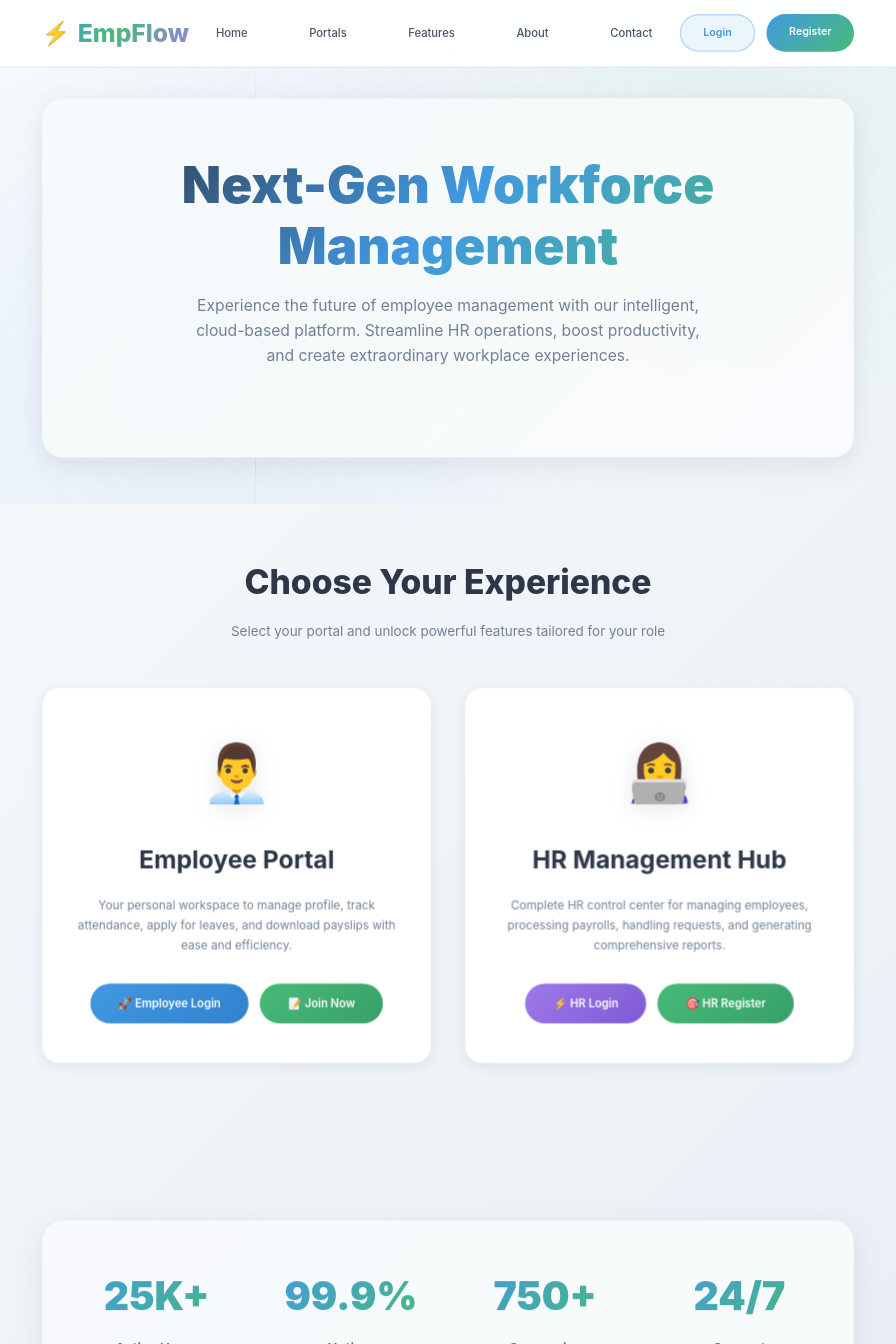
Repository: Shwetannarkhede/EmployeeHub
Page: EmployeeManagemntSystem/src/main/webapp/Home.html
These files come from the project's save history. The page is drawn as it stood at one moment and after the next save; the edit follows.
The browser window is 1280 px wide. The pictures show the part of the page from y = 0 to 1920 px (the page is 3602 px tall), at 70% of full size.

Above is the page before, as saved 2025-09-20 08:31:07.

After the next save:
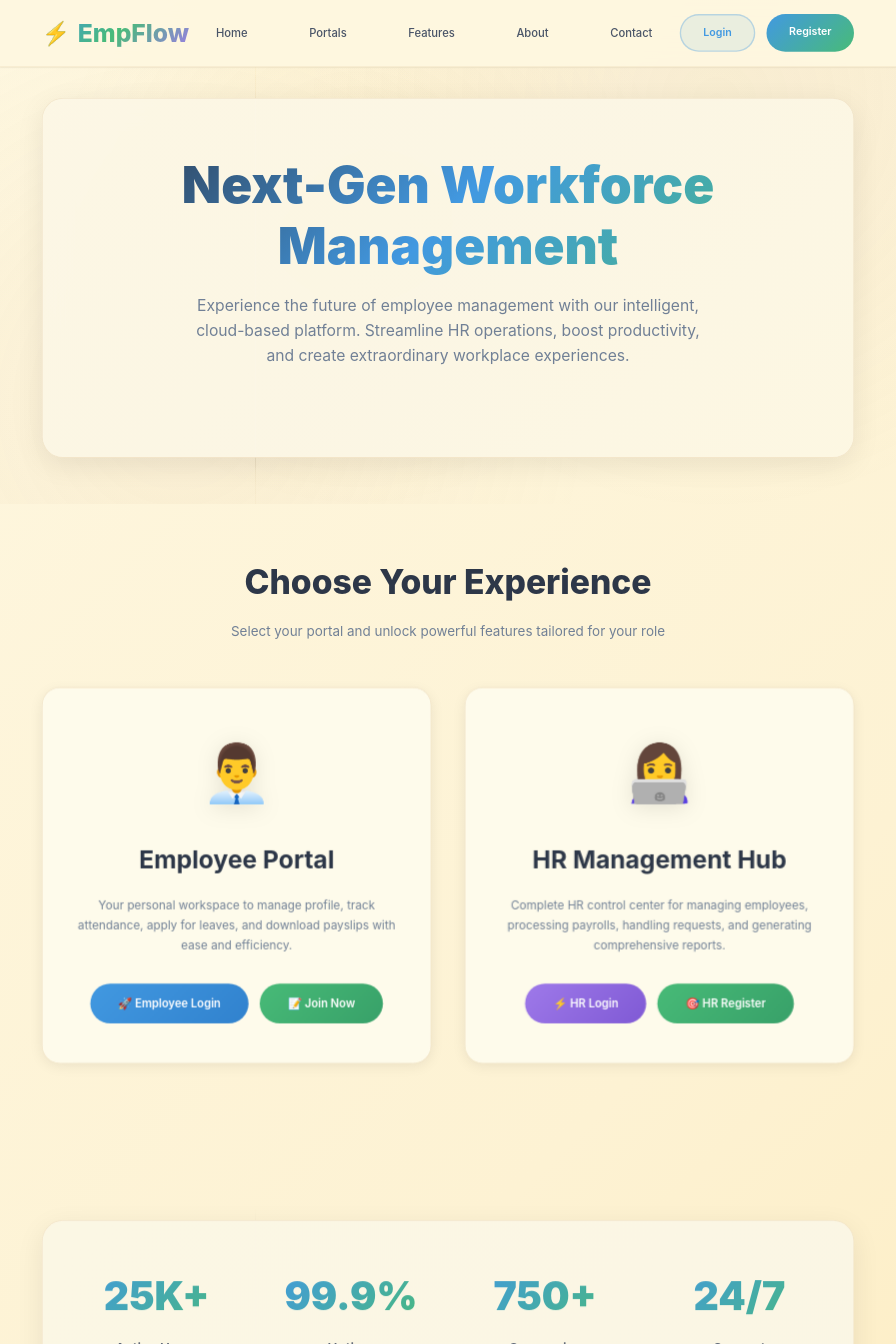
Saved 103 s later.
--- a/EmployeeManagemntSystem/src/main/webapp/home.css
+++ b/EmployeeManagemntSystem/src/main/webapp/home.css
@@ -8,7 +8,7 @@ body {
     font-family: 'Inter', -apple-system, BlinkMacSystemFont, 'Segoe UI', sans-serif;
     line-height: 1.6;
     color: #2d3748;
-    background: linear-gradient(135deg, #f7fafc 0%, #edf2f7 50%, #e2e8f0 100%);
+    background: linear-gradient(135deg, #fef7e0 0%, #fdf2d3 50%, #fde8b3 100%);
     min-height: 100vh;
     position: relative;
     overflow-x: hidden;
@@ -21,9 +21,9 @@ body::before {
     left: 0;
     width: 100%;
     height: 100%;
-    background: radial-gradient(circle at 20% 80%, rgba(66, 153, 225, 0.08) 0%, transparent 50%),
-                radial-gradient(circle at 80% 20%, rgba(72, 187, 120, 0.08) 0%, transparent 50%),
-                radial-gradient(circle at 40% 40%, rgba(159, 122, 234, 0.06) 0%, transparent 50%);
+    background: radial-gradient(circle at 20% 80%, rgba(212, 180, 131, 0.1) 0%, transparent 50%),
+                radial-gradient(circle at 80% 20%, rgba(196, 164, 132, 0.1) 0%, transparent 50%),
+                radial-gradient(circle at 40% 40%, rgba(218, 165, 32, 0.08) 0%, transparent 50%);
     z-index: -1;
 }
 
@@ -35,9 +35,9 @@ body::before {
 
 /* Header */
 header {
-    background: rgba(255, 255, 255, 0.95);
+    background: rgba(254, 247, 224, 0.95);
     backdrop-filter: blur(20px);
-    border-bottom: 1px solid rgba(226, 232, 240, 0.8);
+    border-bottom: 1px solid rgba(212, 180, 131, 0.3);
     padding: 1.2rem 0;
     position: fixed;
     width: 100%;
@@ -150,13 +150,13 @@ nav {
 
 /* Hero Section */
 .hero {
-    background: rgba(255, 255, 255, 0.8);
+    background: rgba(254, 251, 235, 0.9);
     backdrop-filter: blur(20px);
     margin: 140px auto 60px;
     border-radius: 30px;
     padding: 5rem 3rem;
     text-align: center;
-    border: 1px solid rgba(226, 232, 240, 0.5);
+    border: 1px solid rgba(212, 180, 131, 0.3);
     animation: fadeInUp 1.2s cubic-bezier(0.4, 0, 0.2, 1);
     position: relative;
     overflow: hidden;
@@ -170,7 +170,7 @@ nav {
     left: 0;
     width: 100%;
     height: 100%;
-    background: linear-gradient(135deg, rgba(66, 153, 225, 0.03), rgba(72, 187, 120, 0.03), rgba(159, 122, 234, 0.02));
+    background: linear-gradient(135deg, rgba(212, 180, 131, 0.05), rgba(196, 164, 132, 0.05), rgba(218, 165, 32, 0.03));
     border-radius: 30px;
     z-index: -1;
 }
@@ -226,12 +226,12 @@ nav {
 }
 
 .portal-card {
-    background: rgba(255, 255, 255, 0.9);
+    background: rgba(254, 251, 235, 0.95);
     backdrop-filter: blur(20px);
     border-radius: 25px;
     padding: 3.5rem 2.5rem;
     text-align: center;
-    border: 1px solid rgba(226, 232, 240, 0.5);
+    border: 1px solid rgba(212, 180, 131, 0.3);
     transition: all 0.4s cubic-bezier(0.4, 0, 0.2, 1);
     position: relative;
     overflow: hidden;
@@ -259,7 +259,7 @@ nav {
     left: 0;
     right: 0;
     bottom: 0;
-    background: rgba(255, 255, 255, 0.9);
+    background: rgba(254, 251, 235, 0.95);
     backdrop-filter: blur(20px);
     border-radius: 25px;
     z-index: -1;
@@ -377,18 +377,18 @@ nav {
 }
 
 .feature-section {
-    background: rgba(255, 255, 255, 0.9);
+    background: rgba(254, 251, 235, 0.95);
     backdrop-filter: blur(20px);
     border-radius: 25px;
     padding: 3rem 2.5rem;
-    border: 1px solid rgba(226, 232, 240, 0.5);
+    border: 1px solid rgba(212, 180, 131, 0.3);
     transition: all 0.4s ease;
     box-shadow: 0 5px 20px rgba(0, 0, 0, 0.08);
 }
 
 .feature-section:hover {
     transform: translateY(-8px);
-    background: rgba(255, 255, 255, 0.95);
+    background: rgba(254, 249, 230, 0.98);
     box-shadow: 0 15px 35px rgba(0, 0, 0, 0.12);
 }
 
@@ -432,7 +432,7 @@ nav {
 .feature-list li:hover {
     color: #2d3748;
     padding-left: 1.5rem;
-    background: rgba(66, 153, 225, 0.05);
+    background: rgba(212, 180, 131, 0.1);
     border-radius: 10px;
 }
 
@@ -444,12 +444,12 @@ nav {
 
 /* Stats Section */
 .stats {
-    background: rgba(255, 255, 255, 0.9);
+    background: rgba(254, 251, 235, 0.95);
     backdrop-filter: blur(20px);
     border-radius: 30px;
     padding: 4rem 3rem;
     margin: 4rem auto;
-    border: 1px solid rgba(226, 232, 240, 0.5);
+    border: 1px solid rgba(212, 180, 131, 0.3);
     position: relative;
     overflow: hidden;
     box-shadow: 0 10px 40px rgba(0, 0, 0, 0.08);
@@ -462,7 +462,7 @@ nav {
     left: 0;
     width: 100%;
     height: 100%;
-    background: linear-gradient(135deg, rgba(66, 153, 225, 0.03), rgba(72, 187, 120, 0.03));
+    background: linear-gradient(135deg, rgba(212, 180, 131, 0.05), rgba(196, 164, 132, 0.05));
     z-index: -1;
 }
 
@@ -553,7 +553,7 @@ footer {
 }
 
 .modal-content {
-    background: rgba(255, 255, 255, 0.98);
+    background: rgba(254, 251, 235, 0.98);
     backdrop-filter: blur(20px);
     margin: 5% auto;
     padding: 3rem;
@@ -562,7 +562,7 @@ footer {
     max-width: 450px;
     position: relative;
     animation: slideIn 0.4s cubic-bezier(0.4, 0, 0.2, 1);
-    border: 1px solid rgba(226, 232, 240, 0.5);
+    border: 1px solid rgba(212, 180, 131, 0.3);
     box-shadow: 0 20px 60px rgba(0, 0, 0, 0.2);
 }
 
@@ -601,11 +601,11 @@ footer {
 .form-group input, .form-group select {
     width: 100%;
     padding: 1rem;
-    border: 2px solid #e2e8f0;
+    border: 2px solid #e6d3a3;
     border-radius: 15px;
     font-size: 1rem;
     transition: border-color 0.3s ease;
-    background: rgba(255, 255, 255, 0.9);
+    background: rgba(254, 253, 249, 0.9);
     color: #2d3748;
 }
 
